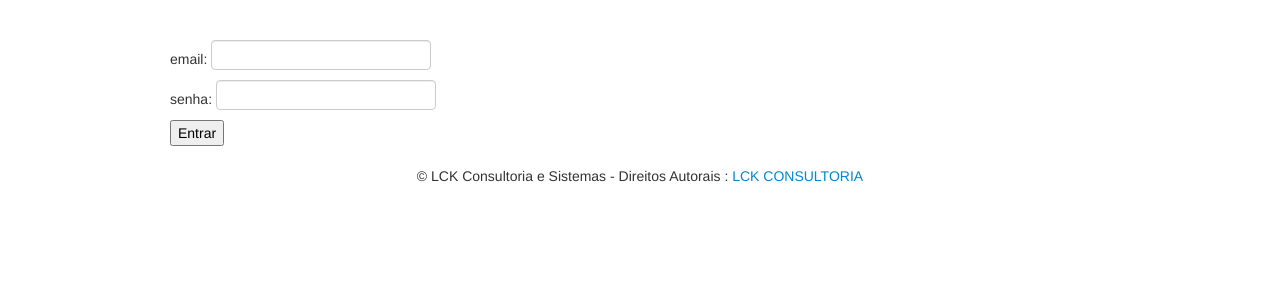
Repository: PauloCeami/Vendas-JSF-E-JAVAEE
Page: http://localhost/PDV/?acao=ListaClientes
These files come from the project's save history. The page is drawn as it stood at one moment and after the next save; the edit follows.
The browser window is 1280 px wide. The pictures show the whole page.
The page is served by Tomcat 9.

Above is the page before, as saved 2013-05-26 17:26:30.
Not found: PDV/PDV/view/util/js/bootstrap.js
Not found: PDV/PDV/view/util/js/jquery-1.8.2.js
Not found: PDV/PDV/view/util/js/validacampos.js

After the next save:
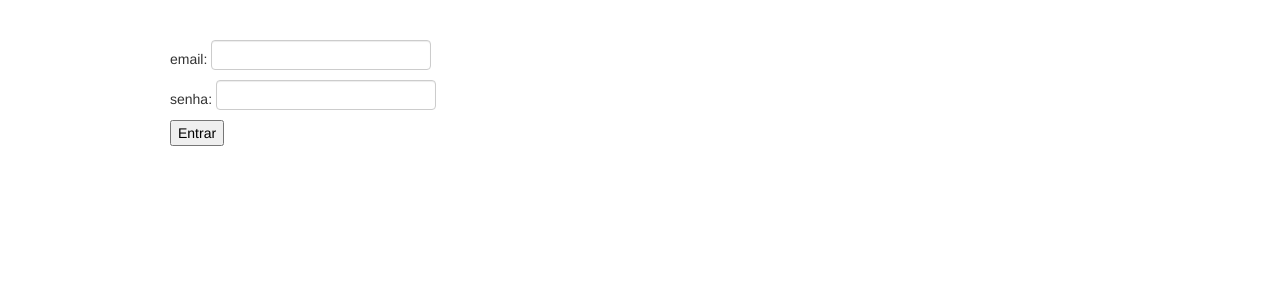
Saved 26 s later.
--- a/PDV/WebContent/login.jsp
+++ b/PDV/WebContent/login.jsp
@@ -64,11 +64,7 @@ body {
 		</form>
 
 		<footer>
-			<p align="center">
-				&copy; LCK Consultoria e Sistemas - Direitos Autorais :<a
-					href="http://www.lckconsultoria.com.br/"> LCK CONSULTORIA </a>
 
-			</p>
 
 
 		</footer>
@@ -79,8 +75,7 @@ body {
 	<!-- Le javascript
         ================================================== -->
 	<!-- Placed at the end of the document so the pages load faster -->
-	<script src="view/util/js/jquery-1.8.2.js"></script>
-	<script src="view/util/js/bootstrap.js"></script>
+
 
 
 </body>
